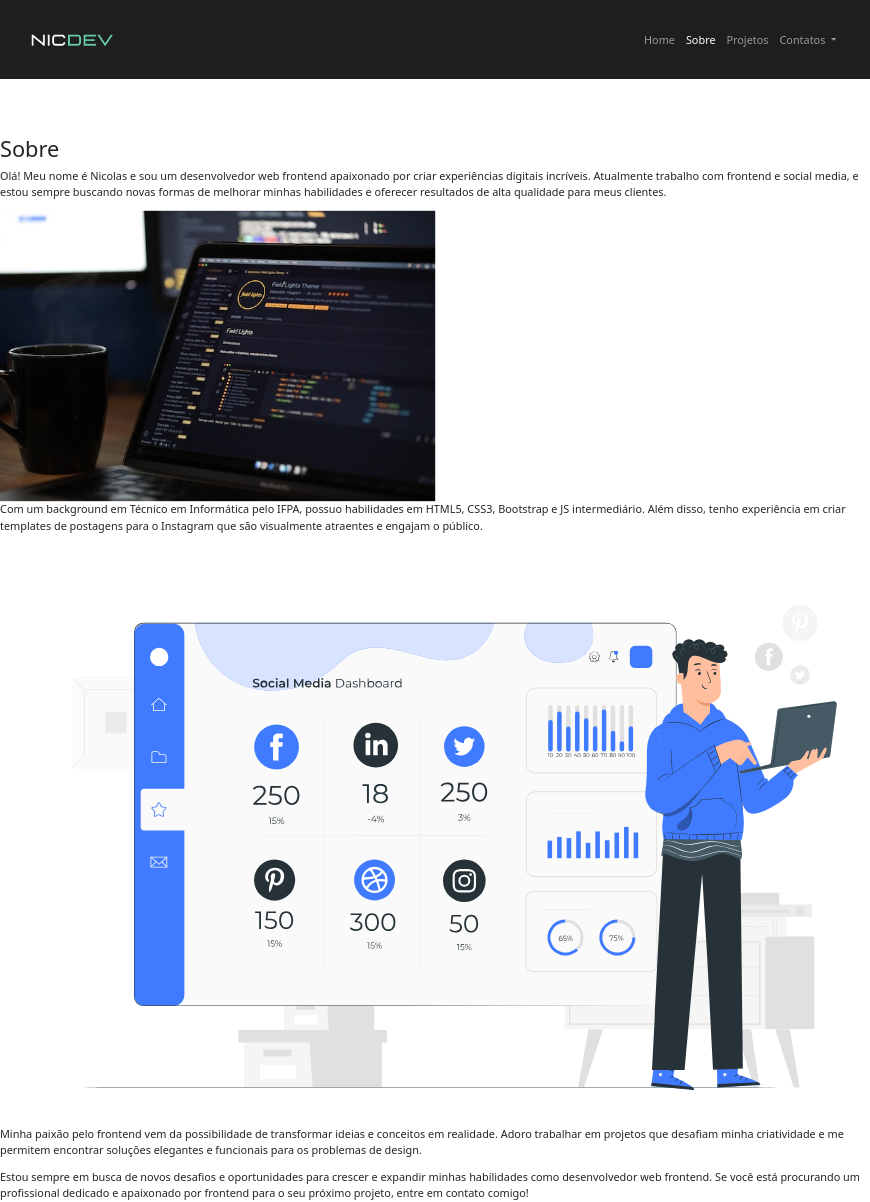
Repository: Leonngc/nicdev
Page: about.html
These files come from the project's save history. The page is drawn as it stood at one moment and after a run of saves; the edit follows.
The browser window is 1280 px wide. The pictures show the whole page, at 68% of full size.

Above is the page before, as saved 2023-04-15 17:38:14.

### about.html
<html lang="pt-br">
<head>
    <meta charset="UTF-8">
    <meta http-equiv="X-UA-Compatible" content="IE=edge">
    <meta name="viewport" content="width=device-width, initial-scale=1.0">
    <title>nicdev - Sobre</title>
    <link href="https://cdn.jsdelivr.net/npm/bootstrap@5.0.2/dist/css/bootstrap.min.css" rel="stylesheet" integrity="sha384-EVSTQN3/azprG1Anm3QDgpJLIm9Nao0Yz1ztcQTwFspd3yD65VohhpuuCOmLASjC" crossorigin="anonymous">
    <link rel="stylesheet" href="styles/scrollbar.css">
    <link rel="stylesheet" href="styles/about.css">
</head>
<body>

<header style="background-color: #1e1e1e; padding: 30px;" class="fixed-top">

        <nav class="navbar navbar-expand-lg navbar-dark">
            <div class="container-fluid">
              <a class="navbar-brand" href="index.html"><img src="images/nicdev-logo.png" alt="logo da NicDev" style="width: 130px"></a>
              <button class="navbar-toggler" type="button" data-bs-toggle="collapse" data-bs-target="#navbarNavDropdown" aria-controls="navbarNavDropdown" aria-expanded="false" aria-label="Toggle navigation">
                <span class="navbar-toggler-icon"></span>
              </button>
              <div class="collapse navbar-collapse justify-content-end" id="navbarNavDropdown">
                <ul class="navbar-nav ">
                  <li class="nav-item">
                    <a class="nav-link" href="index.html" target="_parent">Home</a>
                  </li>
                  <li class="nav-item">
                    <a class="nav-link active disabled" href="#">Sobre</a>
                  </li>
                  <li class="nav-item">
                    <a class="nav-link" href="projects.html" target="_parent">Projetos</a>
                  </li>

                  <li class="nav-item dropdown">
                    <a class="nav-link dropdown-toggle" href="#" id="navbarDropdownMenuLink" role="button" data-bs-toggle="dropdown" aria-expanded="false">
                      Contatos
                    </a>
                    <ul class="dropdown-menu" aria-labelledby="navbarDropdownMenuLink">
                      <li><a class="dropdown-item" href="#">WhatsApp <img src="images/whatsapp.png" alt="" class="redes-logo"></a></li>
                      <li><a class="dropdown-item" href="#">Email <img src="images/gmail (1).png" alt="" class="redes-logo"></a></li>
                      <li><a class="dropdown-item" href="#">Linkedin <img src="images/linkedin.png" alt="" class="redes-logo"></a></li>
                    </ul>
                  </li>
                </ul>
              </div>
            </div>
          </nav>
</header>


<main>

<h2>Sobre</h2>
<p>Olá! Meu nome é Nicolas e sou um desenvolvedor web frontend apaixonado por criar experiências digitais incríveis. Atualmente trabalho com frontend e social media, e estou sempre buscando novas formas de melhorar minhas habilidades e oferecer resultados de alta qualidade para meus clientes.</p>
<img src="images/desktopcode.jpg" alt="">

<p>Com um background em Técnico em Informática pelo IFPA, possuo habilidades em HTML5, CSS3, Bootstrap e JS intermediário. Além disso, tenho experiência em criar templates de postagens para o Instagram que são visualmente atraentes e engajam o público.</p>
<img src="images/Social Dashboard-pana.svg" alt="">
<p>Minha paixão pelo frontend vem da possibilidade de transformar ideias e conceitos em realidade. Adoro trabalhar em projetos que desafiam minha criatividade e me permitem encontrar soluções elegantes e funcionais para os problemas de design.</p>

Estou sempre em busca de novos desafios e oportunidades para crescer e expandir minhas habilidades como desenvolvedor web frontend. Se você está procurando um profissional dedicado e apaixonado por frontend para o seu próximo projeto, entre em contato comigo!
</main>

    <script src="https://cdn.jsdelivr.net/npm/bootstrap@5.0.2/dist/js/bootstrap.bundle.min.js" integrity="sha384-MrcW6ZMFYlzcLA8Nl+NtUVF0sA7MsXsP1UyJoMp4YLEuNSfAP+JcXn/tWtIaxVXM" crossorigin="anonymous"></script>
</body>
</html>

### styles/scrollbar.css
body{
    overflow-x: hidden;
}
body::-webkit-scrollbar {
    width: 6px;               /* width of the entire scrollbar */
  }

  body::-webkit-scrollbar-track {
    background: rgb(5, 5, 5);        /* color of the tracking area */
  }

  body::-webkit-scrollbar-thumb {
    background-color: #4BC6B9;    /* color of the scroll thumb */
    border-radius: 20px;       /* roundness of the scroll thumb */
  }

  .redes-logo{
    width: 30px;
    padding: 6px;
  }

### styles/about.css
@import url('https://fonts.googleapis.com/css2?family=Bebas+Neue&display=swap'); /* CDN GOOGLE  FONT */
@import url('https://cdn-uicons.flaticon.com/uicons-solid-straight/css/uicons-solid-straight.css'); /* CDN ICON*/
@font-face {
    font-family: Lastica;
    src: url(../fonts/instrg.ttf)
}

*{
    max-width: 100vw;
}

:root{
 --bebas-neue : 'Bebas Neue', cursive;
}

main{
    margin-top: 200px;
}

body{
    max-width: 100vw;
    overflow-x: hidden;
}

mai

p{
    width: 50vw;
    font-size: 22px;
}

After the next 3 saves:
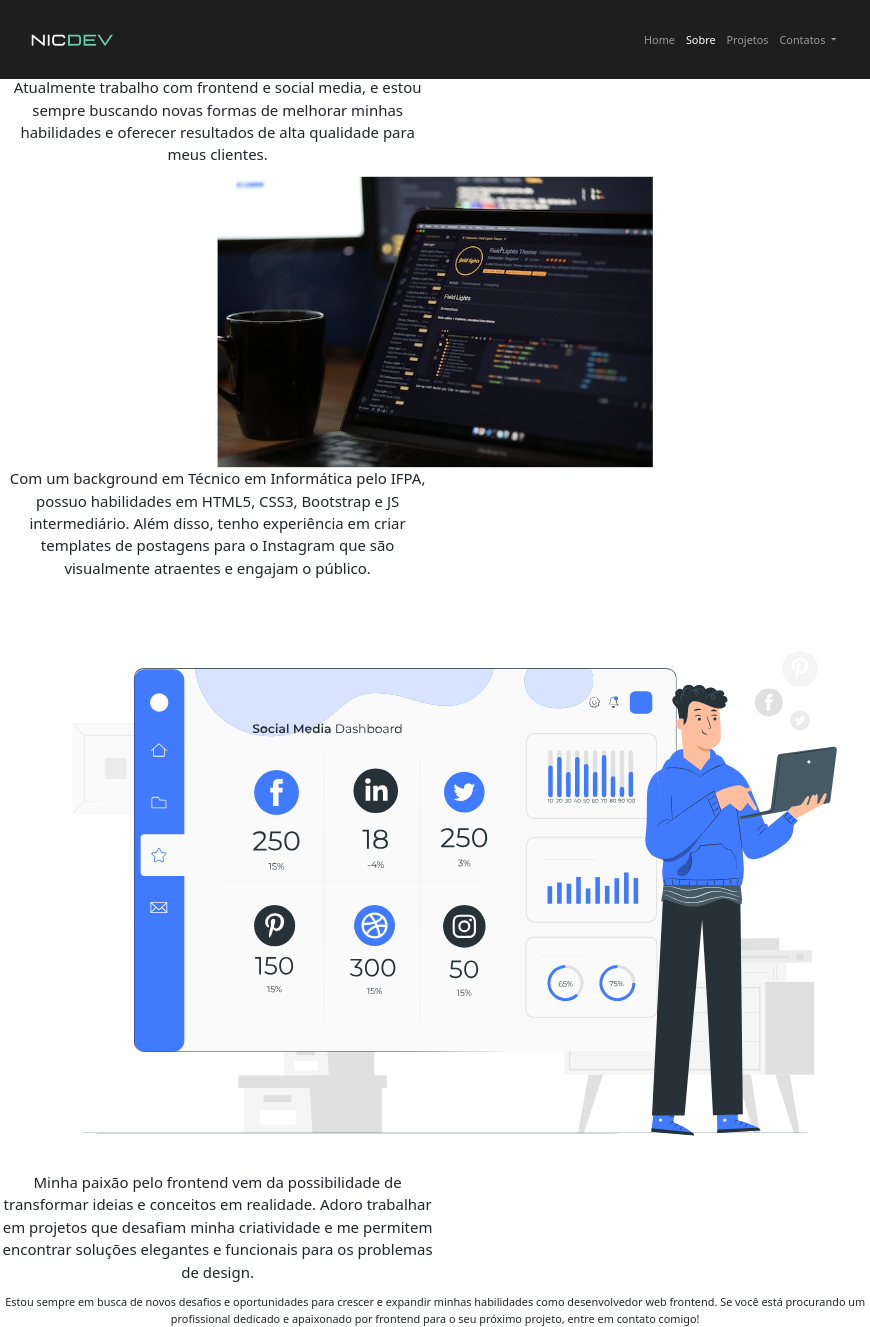
The 3 saves are shown as one change because they came seconds apart.
The last was saved 9 s later.
--- a/styles/about.css
+++ b/styles/about.css
@@ -22,7 +22,10 @@ body{
     overflow-x: hidden;
 }
 
-mai
+main{
+    text-align: center;
+    margin: auto;
+}
 
 p{
     width: 50vw;
